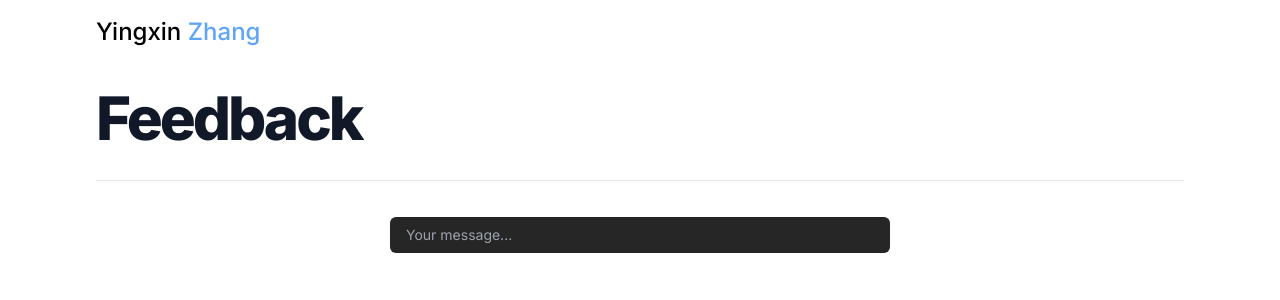
Repository: Tracy-maker/projects_collection
Page: /feedback
The author's editor kept a copy of each file at every save. The page is drawn from the files as they stood at one save, then again after the next save.
The browser window is 1280 px wide. The pictures show the whole page.
The project was rebuilt for these pictures with package versions that can differ from the ones it lists, and the page was loaded fresh each time. The framework's server and built-in components were replaced by stand-ins that run in the browser. Also part of the build but not shown: next.config.js.

Above is the page before, as saved 2023-09-16 21:26:18.

After the next save:
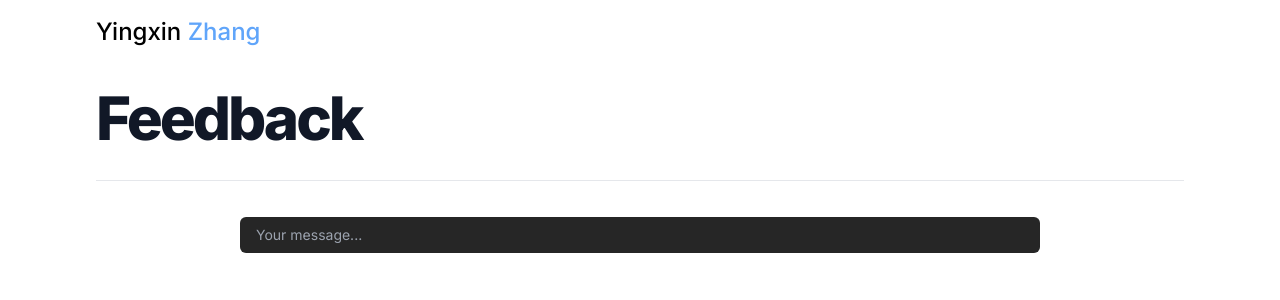
Saved 16 s later.
--- a/app/feedback/page.tsx
+++ b/app/feedback/page.tsx
@@ -9,7 +9,7 @@ export default function feedback() {
         </h1>
       </div>
       <div className="w-full">
-        <div className="max-w-[500px] mx-auto mt-8">
+        <div className="max-w-[800px] mx-auto mt-8">
           <Form />
         </div>
       </div>
